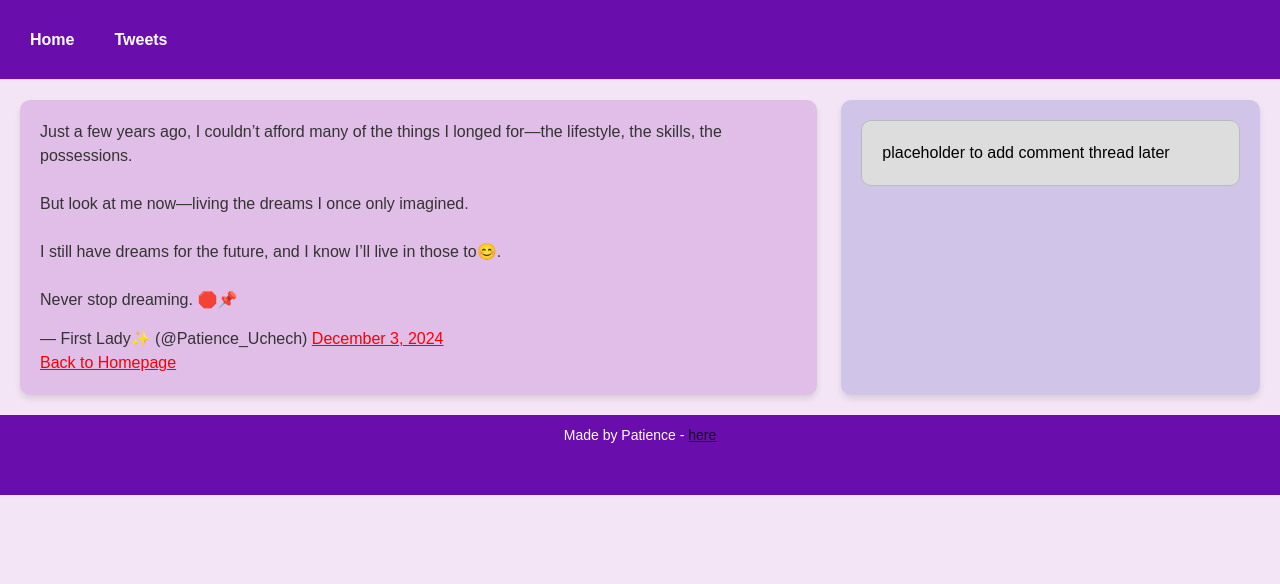
Repository: Patience225/alx_html_css
Page: css_basic/tweets.html
An editor plug-in stored every save of this project. The page is shown before and after the next save, followed by the edit.
The browser window is 1280 px wide. The pictures show the whole page.
Some web fonts or font styles are not loaded; a fallback is used.

Above is the page before, as saved 2024-12-22 07:47:32.

### css_basic/tweets.html
<!DOCTYPE html>
<html lang="en">
<head>
  <meta charset="UTF-8">
  <meta name="viewport" content="width=device-width, initial-scale=1.0">
  <title>My Tweets</title>
  <link href="../css_basic/base.css" rel="stylesheet">
  <link href="../css_basic/styles.css" rel="stylesheet">
</head>
<body class="tweets-page">
  <header>
    <ul>
      <li><a href="index.html">Home</a></li>
      <li><a href="tweets.html">Tweets</a></li>
    </ul>
  </header>
  <main>
    <article>
      <blockquote class="twitter-tweet"><p lang="en" dir="ltr">Just a few years ago, I couldn’t afford many of the things I longed for—the lifestyle, the skills, the possessions.<br><br>But look at me now—living the dreams I once only imagined.<br><br>I still have dreams for the future, and I know I’ll live in those to😊.<br><br>Never stop dreaming. 🛑📌</p>&mdash; First Lady✨ (@Patience_Uchech) <a href="https://twitter.com/Patience_Uchech/status/1863800680617541974?ref_src=twsrc%5Etfw">December 3, 2024</a></blockquote> <script async src="https://platform.twitter.com/widgets.js" charset="utf-8"></script>
      <a href="index.html">Back to Homepage</a>
    </article>
    <aside>
      <p>placeholder to add comment thread later</p>
    </aside>
  </main>
  <footer>
    <p>Made by Patience - <a href="https://github.com/Patience225" target="_blank">here</a></p>
  </footer>
</body>
</html>

### css_basic/base.css
/* Importing webfonts */
/* (If you're learning CSS, you should disregard that) */

@import url(https://fonts.googleapis.com/css?family=Yeseva+One);
@import url(https://fonts.googleapis.com/css?family=Josefin+Sans:400,700,700italic,400italic);


/* CSS reset rules */

html, body {
	height: 100%;
	min-height: 100%;
}
html, body, div, span, applet, object, iframe,
h1, h2, h3, h4, h5, h6, p, blockquote, pre,
a, abbr, acronym, address, big, cite, code,
del, dfn, img, ins, kbd, q, s, samp,
small, strike, sub, sup, tt, var,
b, u, i, center,
dl, dt, dd,
fieldset, form, label, legend,
table, caption, tbody, tfoot, thead, tr, th, td,
article, aside, canvas, details, embed,
figure, figcaption, footer, header, hgroup,
menu, nav, output, ruby, section, summary,
time, mark, audio, video {
	margin: 0;
	padding: 0;
	border: 0;
	font-size: 100%;
	font: inherit;
	vertical-align: baseline;
}
/* HTML5 display-role reset for older browsers */
article, aside, details, figcaption, figure,
footer, header, hgroup, menu, nav, section {
	display: block;
}
body {
	line-height: 1;
}
blockquote, q {
	quotes: none;
}
blockquote:before, blockquote:after,
q:before, q:after {
	content: '';
	content: none;
}
table {
	border-collapse: collapse;
	border-spacing: 0;
}


/* Fonts and colors */

body {
	font-family: 'Josefin Sans', serif;
	color: rgba(0, 0, 0, 0.8);
}
h1, h2, h3, h4, h5, h6, header {
	font-family: 'Yeseva One', sans-serif;
}
article {
}
header {
	border-bottom: 1px solid rgb(221,221,221);
	transition: border-bottom-color 1s ease;
}
header a {
	color: rgba(0, 0, 0, 0.8);
}
aside {
	background: #FAFAFA;
}
aside p {
	border: 1px solid #bbb;
	background: #ddd;
	color: black;
}
footer a {
	color: rgba(0, 0, 0, 0.8);
}
a {
	color: #F80002;
}


/* Positioning and margins */

@media (min-width: 1100px) {
	body {
		width: 1100px;
		margin: 0 auto;
	}
}

article {
	padding: 50px 15px;
}
article > *:first-child {
	margin-top: 0;
}
aside {
	padding: 50px 15px;
}
header .right {
	float: right;
	margin: 0 10px 15px;
}


/* Header */
header {
	padding: 20px 0;
	height: 80px;
}
header ul {
	list-style: none;
	margin: 0;
	padding: 0;
}
header li {
	display: inline;
	vertical-align:middle;
}
header li:first-child {
	margin: 0;
}
header li a {
	margin: 0 10px;
}
header li.logo {
	font-size: 36px;
}
header a {
	text-decoration: none;
}


/* Aside */

aside p {
	border-radius: 10px;
	padding: 20px 20px;
}


/* Footer */

footer {
	padding: 5px 15px;
	height: 80px;
}


/* Text styles and margins */

p {
	margin-bottom: 15px;
}
h1 {
	font-size: 36px;
	margin: 40px 0 20px;
}
h2 {
	font-size: 32px;
	margin: 30px 0 15px;
}
h3 {
	font-size: 28px;
	margin: 25px 0 10px;
}
h4 {
	font-size: 20px;
	font-weight: bold;
	margin: 20px 0 10px;
}
h5 {
	font-size: 18px;
	font-weight: bold;
	margin: 15px 0 10px;
}
h6 {
	font-weight: bold;
	margin: 5px 0;
}

@media (max-width: 800px) {
  body.works_on_smartphone {
  	display: block;
  }
  body.works_on_smartphone main {
  	display: block;
  }
  header .right {
  	float: none;
  }
}

### css_basic/styles.css
/* Reset */
* {
  margin: 0;
  padding: 0;
  box-sizing: border-box;
}

/* General Styles */
body {
  font-family: Arial, sans-serif;
  margin: 0;
  padding: 0;
  width: 100%;
  background-color: #f3e5f5; /* Light purple background */
  color: #333; /* Dark text for readability */
  line-height: 1.5;
}

/* Header Styles */
header {
  display: flex;
  justify-content: space-between;
  align-items: center;
  background-color: #6a0dad; /* Dark purple */
  padding: 15px 20px;
  color: white;
}

header ul {
  list-style: none;
  display: flex;
  align-items: center;
  gap: 20px; /* Space between nav links */
}

header ul li a {
  color: white;
  text-decoration: none;
  font-weight: bold;
}

header ul li a:hover {
  text-decoration: underline;
}

/* Footer Styles */
footer {
  text-align: center;
  background-color: #6a0dad; /* Dark purple */
  color: white;
  padding: 10px;
  font-size: 14px;
}

/* Main Layout */
main {
  display: flex;
  flex-direction: row;
  gap: 1.5rem;
  padding: 20px;
  margin: 0 auto;
}

/* Article and Aside Styling */
article, aside {
  background-color: #e1bee7; /* Light purple shade */
  padding: 20px;
  border-radius: 10px;
  box-shadow: 0 4px 6px rgba(0, 0, 0, 0.1);
}

article {
  flex: 2;
  overflow-y: auto;
}

aside {
  flex: 1;
  background-color: #d1c4e9; /* Slightly different purple shade */
  overflow-y: auto;
}

aside h3 {
  margin-top: 0;
}

/* Navigation Styling */
nav ul {
  display: flex;
  justify-content: center;
  list-style: none;
  background-color: #8b47cc; /* Medium purple */
  padding: 10px;
}

nav ul li a {
  color: white;
  text-decoration: none;
  font-weight: bold;
}

nav ul li a:hover {
  text-decoration: underline;
}

/* Responsive Design */
@media (max-width: 768px) {
  main {
    flex-direction: column;
  }

  header {
    flex-direction: column;
    align-items: flex-start;
    gap: 10px;
  }
}

After the next save:
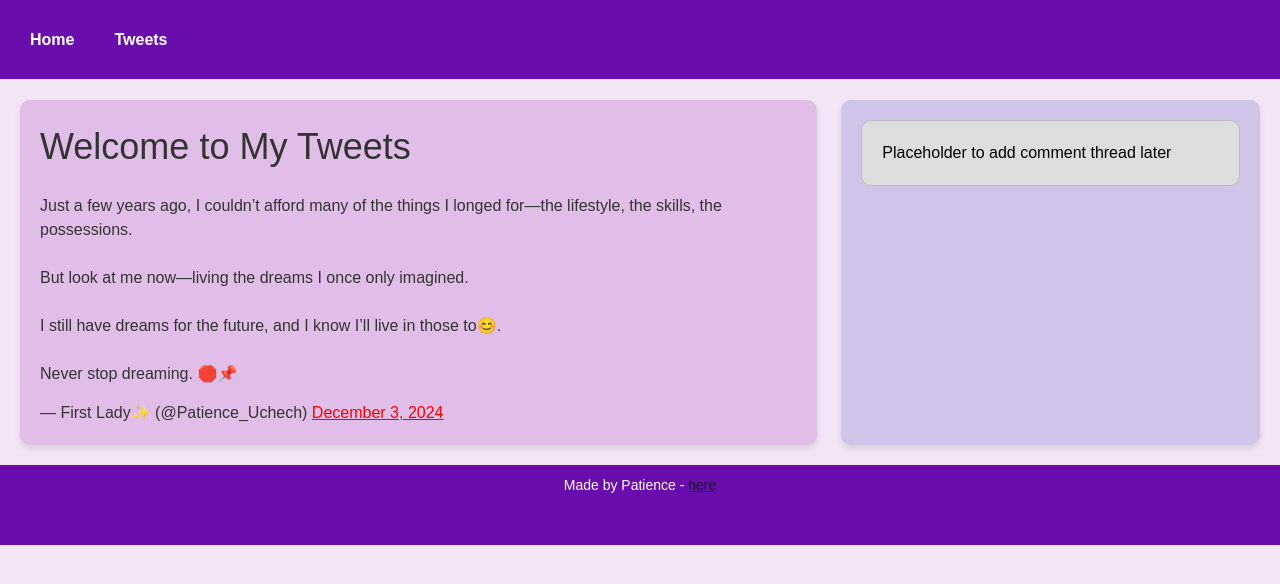
Saved 84 s later.
--- a/css_basic/tweets.html
+++ b/css_basic/tweets.html
@@ -1,13 +1,13 @@
 <!DOCTYPE html>
 <html lang="en">
 <head>
-  <meta charset="UTF-8">
-  <meta name="viewport" content="width=device-width, initial-scale=1.0">
-  <title>My Tweets</title>
-  <link href="../css_basic/base.css" rel="stylesheet">
-  <link href="../css_basic/styles.css" rel="stylesheet">
+    <meta charset="UTF-8">
+    <meta name="viewport" content="width=device-width, initial-scale=1.0">
+    <title>My Tweets</title>
+    <link href="../css_basic/base.css" rel="stylesheet">
+    <link href="../css_basic/styles.css" rel="stylesheet">
 </head>
-<body class="tweets-page">
+<body>
   <header>
     <ul>
       <li><a href="index.html">Home</a></li>
@@ -16,11 +16,21 @@
   </header>
   <main>
     <article>
-      <blockquote class="twitter-tweet"><p lang="en" dir="ltr">Just a few years ago, I couldn’t afford many of the things I longed for—the lifestyle, the skills, the possessions.<br><br>But look at me now—living the dreams I once only imagined.<br><br>I still have dreams for the future, and I know I’ll live in those to😊.<br><br>Never stop dreaming. 🛑📌</p>&mdash; First Lady✨ (@Patience_Uchech) <a href="https://twitter.com/Patience_Uchech/status/1863800680617541974?ref_src=twsrc%5Etfw">December 3, 2024</a></blockquote> <script async src="https://platform.twitter.com/widgets.js" charset="utf-8"></script>
-      <a href="index.html">Back to Homepage</a>
+      <h1>Welcome to My Tweets</h1>
+      <blockquote class="twitter-tweet">
+        <p lang="en" dir="ltr">
+          Just a few years ago, I couldn’t afford many of the things I longed for—the lifestyle, the skills, the possessions.<br><br>
+          But look at me now—living the dreams I once only imagined.<br><br>
+          I still have dreams for the future, and I know I’ll live in those to😊.<br><br>
+          Never stop dreaming. 🛑📌
+        </p>
+        &mdash; First Lady✨ (@Patience_Uchech)
+        <a href="https://twitter.com/Patience_Uchech/status/1863800680617541974?ref_src=twsrc%5Etfw">December 3, 2024</a>
+      </blockquote>
+      <script async src="https://platform.twitter.com/widgets.js" charset="utf-8"></script>
     </article>
     <aside>
-      <p>placeholder to add comment thread later</p>
+      <p>Placeholder to add comment thread later</p>
     </aside>
   </main>
   <footer>
